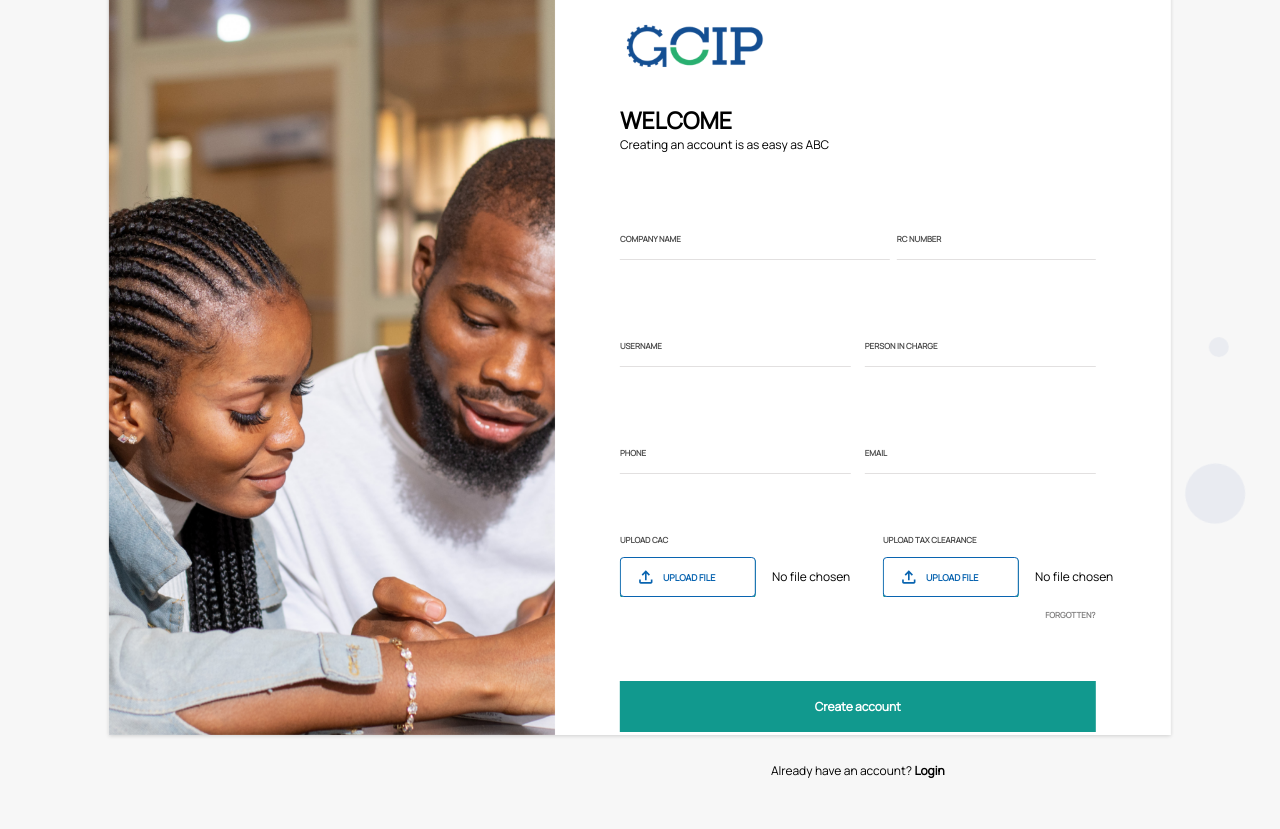
Repository: mualiyu/GCIP-Applicant-Portal
Page: /signup
These files come from the project's save history. The page is drawn as it stood at one moment and after the next save; the edit follows.
The browser window is 1280 px wide. The pictures show the whole page.
The project was rebuilt for these pictures with package versions that can differ from the ones it lists, and the page was loaded fresh each time. Also part of the build but not shown: vite.config.ts, src/pages/styles/login.css, src/components/Common.tsx, src/components/styles/input.css, src/components/Input.tsx, src/components/styles/button.css, src/assets/Colors/Colors.ts, src/components/Button.tsx and 83 more.

Above is the page before, as saved 2024-03-13 05:39:40.

### index.html
<!DOCTYPE html>
<html lang="en">

<head>
  <meta charset="UTF-8" />
  <meta http-equiv="Cache-Control" content="no-cache, no-store, must-revalidate">
  <meta http-equiv="Pragma" content="no-cache">
  <meta http-equiv="Expires" content="0">
  <link rel="icon" type="image/svg+xml" href="/svg.svg" />
  <meta name="viewport" content="width=device-width, initial-scale=1.0" />
  <link rel="preconnect" href="https://fonts.googleapis.com" />
  <link rel="preconnect" href="https://fonts.gstatic.com" crossorigin />
  <link rel="preconnect" href="https://fonts.googleapis.com">
  <link rel="preconnect" href="https://fonts.gstatic.com" crossorigin>
  <link href="https://fonts.googleapis.com/css2?family=Manrope:wght@200;300;400&display=swap" rel="stylesheet">
  <link href="https://fonts.googleapis.com/css2?family=Roboto&display=swap" rel="stylesheet" />
  <title>AMP Grant Management Platform</title>
</head>

<body>
  <div id="root"></div>
  <script type="module" src="/src/main.tsx"></script>
</body>

</html>

### src/main.tsx
import React from "react";
import ReactDOM from "react-dom/client";
import App from "./App";
import { BrowserRouter } from "react-router-dom";
import { Provider } from "react-redux";
import { store } from "./redux/store";
import { persistor } from "./redux/store";
import { PersistGate } from "redux-persist/integration/react";

ReactDOM.createRoot(document.getElementById("root") as HTMLElement).render(
  <BrowserRouter>
    <React.StrictMode>
      <Provider store={store}>
        <PersistGate loading={null} persistor={persistor}>
          <App />
        </PersistGate>
      </Provider>
    </React.StrictMode>
  </BrowserRouter>
);

### src/App.jsx
import React from "react";
import { Route, Routes } from "react-router-dom";
import Login from "./pages/Login";
import SignUp from "./pages/SignUp";
import LayOut from "./pages/Dashboard/LayOut";
import Home from "./pages/Dashboard/Home";
import "./App.css";
import Verify from "./pages/Verify";
import ProgramHome from "./pages/Programme/ProgramHome";
import ProgramLayOut from "./pages/Programme/ProgramLayOut";
import Application from "./pages/Programme/Application";
import ProgramPage from "./pages/Dashboard/ProgramPage";
import Profile from "./pages/Programme/Profile";
import Document from "./pages/Programme/Document";
import "nprogress/nprogress.css";
import Messages from "./pages/Programme/Messages";
import ProtectedRoute from "./routes/ProtectedRoute";
import RedirectedRoute from "./routes/RedirectedRoute";
import ForgotPassword from "./pages/ForgotPassword";
import Grant from "./pages/Programme/components/request-for-grant";

export default function App() {
  return (
    <Routes>
      <Route
        element={
          <RedirectedRoute>
            <Login />
          </RedirectedRoute>
        }
        path="/"
      />
      <Route element={<SignUp />} path="/signup" />
      <Route element={<ForgotPassword />} path="/forgot" />
      <Route element={<Verify />} path="/verify/:token" />
      <Route
        path="Home"
        element={
          <ProtectedRoute>
            <LayOut />
          </ProtectedRoute>
        }>
        <Route index element={<Home />} />
        <Route path="Program/:id" element={<ProgramPage />} />
        <Route path="Profile" element={<Profile />} />
      </Route>
      <Route
        path="Programme"
        element={
          <ProtectedRoute>
            <ProgramLayOut />
          </ProtectedRoute>
        }>
        <Route index element={<ProgramHome />} />
        <Route path="Application" element={<Application />} />
        <Route path="Application/Grant" element={<Grant />} />
        <Route path="Message" element={<Messages />} />
        <Route path="Document" element={<Document />} />
        <Route path="Profile" element={<Profile />} />
      </Route>
    </Routes>
  );
}

### src/redux/store.ts
import { combineReducers, configureStore } from "@reduxjs/toolkit";
import userSlice from "./user/userSlice";
import userDetailSlice from "./user/userDetailSlice";
import storageSession from "reduxjs-toolkit-persist/lib/storage/session";
import { persistReducer, persistStore } from "redux-persist";
import programSlice from "./program/programSlice";
import storage from 'redux-persist/lib/storage'
import applicantSlice from "./applicant/applicantSlice";

const persistConfig = {
  key: "root",
  storage,
};
const rootReducer = combineReducers({
  user: userSlice,
  program:programSlice,
  applicant:applicantSlice
});
const persistedReducer = persistReducer(persistConfig, rootReducer);
export const store = configureStore({
  reducer: persistedReducer,
});
export const persistor = persistStore(store);

export type RootState = ReturnType<typeof store.getState>;

export type AppDispatch = typeof store.dispatch;

### src/pages/SignUp.tsx
import React, { useState } from "react";
import "./styles/login.css";
import Logo from "../assets/Images/or_logo.png";
import { Header, RegularText } from "../components/Common";
import Input from "../components/Input";
import Button from "../components/Button";
import { useNavigate } from "react-router-dom";
import { useFormik } from "formik";
import * as Yup from "yup";
import query from "../helpers/query";
import Loading from "../components/Loading";
import Alert from "../components/Alert";
import { Fade } from "react-awesome-reveal";
import { ArrowIcon } from "../assets/Svg/Index";
import TextArea from "../components/TextArea";
function Login() {
  const navigate = useNavigate();
  const [checked, setChecked] = useState(false);
  const [loading, setLoading] = useState(false);
  const [callTetx, setCallText] = useState("");
  const [hasDesigned, setHasdesigned] = useState(false);
  const [hasOperated, setHasOperated] = useState(false);
  const [recCert, setRcCert] = useState("");
  const [taxCert, setTax] = useState("");
  const [error, setError] = useState(false);

  const setAlert = (text: string) => {
    setCallText(text);
    setTimeout(() => {
      setCallText("");
    }, 3000);
  };
  const validationSchema = Yup.object({
    person_incharge: Yup.string().required(),
    email: Yup.string().email("Invalid email address").required(),
    rc_number: Yup.string().required(),
    name: Yup.string().required(),
    username: Yup.string().required(),
    phone: Yup.string().required(),
    address: Yup.string().required(),
  });
  const formik = useFormik({
    initialValues: {
      email: "",
      username: "",
      name: "",
      address: "",
      person_incharge: "",
      phone: "",
      rc_number: "",
    },
    onSubmit: async (values) => {
      const formData = new FormData();
      if (taxCert == "" || recCert == "") {
        setError(true);
        setTimeout(() => {
          setError(false);
          setLoading(false);
        }, 5000);
        return;
      }
      formData.append("tax_clearance_certificate", taxCert);
      formData.append("cac_certificate", recCert);
      setLoading(true);
      formData.append("has_designed", hasDesigned ? "1" : "0");
      formData.append("has_operated", hasOperated ? "1" : "0");
      Object.keys(values).forEach((key) => {
        const value = values[key];
        formData.append(key, value);
      });
      const response = await fetch(
        "https://api.grants.amp.gefundp.rea.gov.ng/api/applicant/register",
        {
          method: "POST",
          body: formData,
        }
      );
      const data = await response.json();

      setLoading(false);
      setCallText(
        `${
          response.status == 201
            ? "Kindly check your email INBOX or SPAM for further instructions"
            : data.message
        }`
      );

      console.log(data);
      if (response.status == 201) {
        formik.resetForm();
        setTimeout(() => {
          navigate("/");
          setCallText("");
        }, 5000);
      } else {
        setTimeout(() => {
          setCallText(data.error);
        }, 5000);
      }
      setLoading(false);
    },
    validationSchema,
  });
  return (
    <Fade>

<section className="wrapper bubble">
        <Loading loading={loading} size={60} />

        {error && <Alert text="Upload CAC & Tax Clearance Certificates" />}
        <Alert text={callTetx} />
        <div className="col-10 flex flex-center shadow_light auth_register mt-xl light bubble3">
          <div className="col-5 login-banner"></div>
          <div className="col-8 pl-xl pr-xl bubble2">
            <div className="form-container">
              <img
                src="../../src/assets/images/gcip_logo.png"
                alt="GCIP Logo"
                height="50"
                width="150"
              />
              <h2 className="title mt-xl heading">Welcome </h2>
              <p className="sub_title mb-xl"> Creating an account is as easy as ABC</p>

              <div className="flex">
                            <div className="form__group field col-8 mr-sm">
                <input
                  type="input"
                  className="form__field"
                  placeholder="ABC Company"
                  value={formik.values.name}
                  name="name"
                  onChange={formik.handleChange}
                  required
                />
                <label className="form__label">
                  Company Name
                </label>
              </div>
              <div className="form__group field col-5">
                <input
                  type="input"
                  className="form__field"
                  placeholder="ABC Company"
                  value={formik.values.rc_number}
                  name="rc_number"
                  onChange={formik.handleChange}
                  required
                />
                <label  className="form__label">
                  RC Number
                </label>
              </div>
              </div>



              <div className="flex">
                            <div className="form__group field col-12 mr-sm">
                                <input type="input" className="form__field" placeholder="" value={formik.values.username}
                  name="username"
                  onChange={formik.handleChange} required />
                                <label className="form__label">Username</label>
                            </div>
                            <div className="form__group field col-12 ml-sm">
                                <input type="email" className="form__field" placeholder="" value={formik.values.person_incharge} name="person_incharge"
                  onChange={formik.handleChange} required />
                                <label className="form__label">Person in Charge</label>
                            </div>
                        </div>

                        <div className="flex">
                            <div className="form__group field col-12 mr-sm">
                                <input type="input" className="form__field" placeholder="" value={formik.values.phone}
                  name="phone"
                  onChange={formik.handleChange} required />
                                <label className="form__label">Phone</label>
                            </div>
                            <div className="form__group field col-12 ml-sm">
                                <input type="email" className="form__field" placeholder="youremail@email.com" name="email"
                  onChange={formik.handleChange} required />
                                <label className="form__label">Email</label>
                            </div>
                        </div>


                        <div className="flex">
                            <div className="form__group field col-12 mr-sm">
                            <input type="file" className="" onChange={(e) => {

                const formData = new FormData();
                const files = e.target.files;
                const fileSizeLimits = 10 * 1024 * 1024; // 5 MB
                files?.length && formData.append("file", files[0]);
                if(files[0].size > fileSizeLimits) {
                  setAlert('File size exceeds the limit (10 MB).');
                  setTimeout(() => {
                    setAlert("");
                  }, 3000);
                  e.target.value="";
                  return
                }
                setLoading(true);
                fetch(
                  "https://api.grants.amp.gefundp.rea.gov.ng/api/applicant/registerUpload",

                  {
                    method: "POST",
                    body: formData
                  }
                )
                  .then((res) => res.json())
                  .then((data) => {
                    setLoading(false);
                    if (data.status) {
                      setAlert("CAC Uploaded Succefully");
                      setRcCert(data.data.url)
                      console.log(data);
                      setTimeout(() => {
                        setAlert("");
                      }, 3000);

                    }
                  })



              }} />
                            <label className="form__label">Upload CAC</label>
                        </div>
                        <div className="form__group field col-12 ml-sm">
                        <input type="file" className="" onChange={(e) => {
                const formData = new FormData();
                const files = e.target.files;
                const fileSizeLimits = 10 * 1024 * 1024; // 5 MB
                files?.length && formData.append("file", files[0]);
                if(files[0].size > fileSizeLimits) {
                  setAlert('File size exceeds the limit (10 MB).');
                  setTimeout(() => {
                    setAlert("");
                  }, 3000);
                  e.target.value="";
                  return
                }
                setLoading(true);
                fetch(
                  "https://api.grants.amp.gefundp.rea.gov.ng/api/applicant/registerUpload",

                  {
                    method: "POST",
                    body: formData
                  }
                )
                  .then((res) => res.json())
                  .then((data) => {
                    setLoading(false);
                    if (data.status) {
                      setAlert("Tax Document Uploaded Succefully");
                      setTax(data.data.url)
                      console.log(data);
                      setTimeout(() => {
                        setAlert("");
                      }, 3000);

                    }
                  })



              }} required />
                            <label className="form__label">Upload TAX Clearance</label>
                        </div>
                        </div>







              <p className="sub-title right uppercase mt-n20">
                {" "}
                <a
                  onClick={() => {
                    navigate("forgot");
                  }}
                  className="forgotten pointer bold">
                  Forgotten?
                </a>
              </p>
              <button
                className="btn btn-lg btn-accent bold mt-xxl"
                onClick={formik.handleSubmit} >
                Create account
              </button>
              <div className="mt-xl">
              <p className="center m-md">Already have an account? <span onClick={() => navigate("signup")} className="bold">Login
                            </span></p>

              </div>

            </div>
          </div>
        </div>
      </section>



    </Fade>
  );
}

export default Login;

### src/redux/user/userSlice.ts
import { createAsyncThunk, createSlice } from "@reduxjs/toolkit";
import type { PayloadAction } from "@reduxjs/toolkit";

export interface UserState {
  user: {
    name: string;
    phone: string;
    username: string;
    id: number;
    email: string;
    token: string;
    isLoggedIn: boolean;
    rcNumber: string;
    inCharge: string;
    address: string;
  };
  jv?: any[];
  unread?: number;
}

const initialState: UserState = {
  user: {
    name: "",
    phone: "",
    email: "",
    token: "",
    id: 0,
    username: "",
    isLoggedIn: false,
    rcNumber: "",
    inCharge: "",
    address: "",
  },
  jv: [],
  unread: 0,
};

export const userSlice = createSlice({
  name: "user",
  initialState,
  reducers: {
    setUser: (state, action: PayloadAction<UserState>) => {
      state.user = action.payload.user;
    },
    setJv: (state, action) => {
      state.jv = action.payload;
    },
    setUnread: (state, action) => {
      state.unread = action.payload;
    },
  },
});

// Action creators are generated for each case reducer function
export const { setUser, setJv, setUnread } = userSlice.actions;

export default userSlice.reducer;

### src/redux/applicant/applicantSlice.ts
import { createAsyncThunk, createSlice } from "@reduxjs/toolkit";
import type { PayloadAction } from "@reduxjs/toolkit";

export interface ApplicantState {
  applicant: {
    lots?: {
      name: string;
      region: string;
      category: string;
      subLots?: any[];
    }[];
    subLots?: any[];
    status: string;
    id?: string;
  };
  categories?: any;
  regions?: any;
  application?: {
    applicant_id?: string;
    id?: string;
    program_id?: string;
  };
  activeTab?: number;
}

const initialState: ApplicantState = {
  applicant: {
    lots: [],
    subLots: [],
    status: "",
    id: "",
  },
  categories: [],
  regions: [],
  application: {
    applicant_id: "",
    program_id: "",
    id: "",
  },
  activeTab: 0,
};

export const applicant = createSlice({
  name: "applicant",
  initialState,
  reducers: {
    setLots: (state, action) => {
      state.applicant.lots = action.payload;
    },
    setCategories: (state, action) => {
      state.categories = action.payload;
    },
    setRegions: (state, action) => {
      state.regions = action.payload;
    },
    setStatus: (state, action) => {
      state.applicant.status = action.payload;
    },
    setSubLots: (state, action) => {
      state.applicant.subLots = action.payload;
    },
    setApplication: (state, action) => {
      state.application = action.payload;
    },
    setActiveTab: (state, action) => {
      state.activeTab = action.payload;
    },
    setLotId: (state, action) => {
      state.applicant.id = action.payload;
    },
  },
});

// Action creators are generated for each case reducer function
export const {
  setCategories,
  setLots,
  setRegions,
  setStatus,
  setSubLots,
  setApplication,
  setActiveTab,
  setLotId
} = applicant.actions;

export default applicant.reducer;

### src/components/Loading.tsx
import React from "react";
import "./styles/loading.css";
import ClipLoader from "react-spinners/ClipLoader";

import LoadingImage from "../assets/Images/load.gif";
// import { DotLoader } from "react-spinners";
import {MoonLoader} from "react-spinners";
interface LoadingProps {
  loading: boolean;
  size: 60
}

export default function Loading({ loading, size}: LoadingProps) {
  return (
    <div className={`loading ${loading ? "active" : null}`}>
      {/* <img src={LoadingImage} /> */}
      <MoonLoader color="#006438"
      loading={loading}
      size={size}
      // style={style}
      speedMultiplier={0.6}
      aria-label="Loading Spinner"
      data-testid="loader" />
      {/* <DotLoader
        color='#33745d'
        loading={loading}
        size={150}
        aria-label="Loading Spinner"
        data-testid="loader"
      /> */}

    </div>
  );
}

### src/components/Alert.tsx
import React from "react";
import "./styles/alert.css";
export default function Alert({ text }: { text: string }) {
  return (
    <div className={`alert ${text ? "active" : null}`}>
      <span>{text}</span>
    </div>
  );
}

### src/components/styles/loading.css
.loading{
position: absolute;
top: 0;
right: 0;
left: 0;
bottom: 0;
background-color:rgba(0, 0, 0, 0.5);
z-index:99999;
display: flex;
justify-content: center;
align-items: center;
opacity: 0;
pointer-events: none;
transition: all 0.2s;
}
.loading.active{
    opacity: 1;
    pointer-events: all;
}

### src/components/styles/alert.css
.alert{
    width: 30vw;
    height: 50px;
    background-color: #006438;
    box-shadow: 0px 0px 2px rgba(0, 0, 0, 0.5);
    position: fixed;
    top: 0;
    right: -20px;
    margin-top: 20px;
    margin-right: 20px;
    transition: all 0.4s;
    transform: translateX(1000px);
    display: flex;
    justify-content: center;
    align-items: center;
    color: #fff;
    z-index: 9999999999999999;
}
.alert.active{
    transform: translateX(0px);
}
.alert span{
    font-size: 15px;
    text-align: left;
}
@media only screen and (max-width: 767px) {
    .alert{
        width: 80%;
        background-color: rgba(0, 100, 0, 0.4);
    }
}

### src/pages/styles/submit.css
* {
  padding: 0;
  margin: 0;
}

.review-container {
  margin-top: 20px;
}

.review_table {
  border-collapse: collapse;
  margin: 25px 0;
  width: 100%;
  text-transform: uppercase;
}
.review_table thead tr {
  background-color: #009879;
  color: #ffffff;
  font-size: 11px;
}
.review_table thead th {
  text-transform: uppercase;
}
.review_table th,
.review_table td {
  padding: 5px 10px;
}
.no-record {
    color: red;
    padding: 20px;
}
.my-60 {
  margin : 60px 0;
}

.horizontal-line {
  border: 1px dashed #ccc;
}
.review-header {
  color: #006438;
  font-size: medium;
  padding: 10px 0px;
  text-transform: uppercase;
}

.directors-container {
  display: flex;
  justify-content: space-between;
  padding: 0px 5px;
  border: 1px dashed #ccc;
  text-align: left;
  margin: 40px auto;
}

tbody tr:last-of-type, tbody tr  {
  border-bottom: none;
}
.directors-container .first {
  border-right: 1px dashed #ccc;
}
.directors-container div {
  width: 50%;
  padding: 10px;
}
.document-upload {
  width: 100%;
}


@media print
{
    .no-print, .no-print *
    {
        display: none !important;
    }
    .tab_main_container {
    size: A4!important;
    padding: 20px!important;
  }
}

Loaded but not shown: src/App.css (861 lines, source omitted); src/redux/program/programSlice.tsx (152 lines, source omitted)

After the next save:
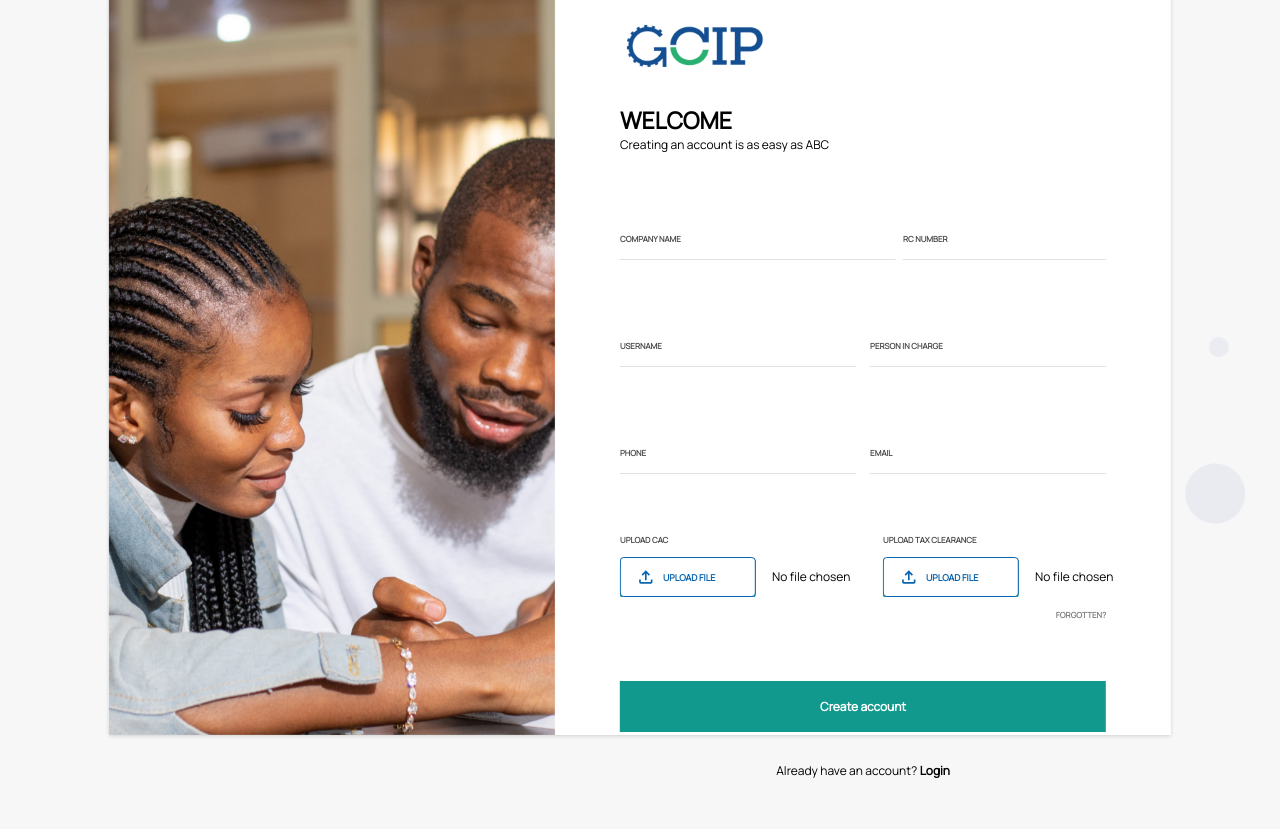
Saved 33 s later.
--- a/src/pages/SignUp.tsx
+++ b/src/pages/SignUp.tsx
@@ -111,8 +111,8 @@ function Login() {
         {error && <Alert text="Upload CAC & Tax Clearance Certificates" />}
         <Alert text={callTetx} />
         <div className="col-10 flex flex-center shadow_light auth_register mt-xl light bubble3">
-          <div className="col-5 login-banner"></div>
-          <div className="col-8 pl-xl pr-xl bubble2">
+          <div className="col-6 login-banner"></div>
+          <div className="col-7 pl-xl pr-xl bubble2">
             <div className="form-container">
               <img
                 src="../../src/assets/images/gcip_logo.png"
